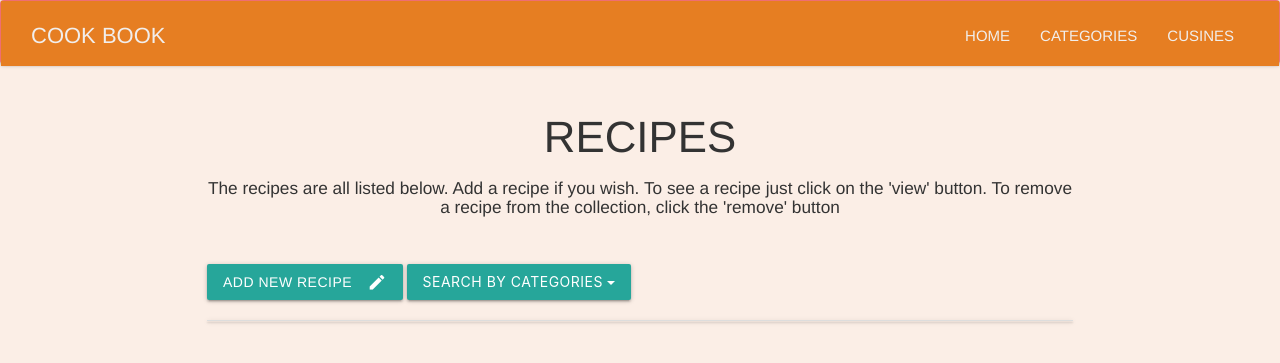
Repository: atena123/COOK-BOOK
Page: http://localhost/
The author's editor kept a record of every edit. The page is drawn from the files as they stood at one moment, then again after the next edit.
The browser window is 1280 px wide. The pictures show the whole page.
Some web libraries are served in a nearby version. The page is served by the project's application, run on Flask 3 (app.py). Queries for data that is not in the repository find no rows.

Above is the page before.

### templates/recipes.html
{% extends 'base.html' %}

    {% block content %}

    <h3>RECIPES</h3>

    <h6>The recipes are all listed below. Add a recipe if you wish. To see a recipe just click on the 'view' button. To remove
    a recipe from the collection, click the 'remove' button</h6>

    <!--Add New Recipe Button-->
    <div class="row">
      <a href="{{url_for('add_recipe')}}" class="waves-effect waves-light btn"><i class="material-icons right add-new-recipe-button">edit</i>ADD NEW RECIPE</a>
    <!--/.Add New Recipe Button-->

    <!--Search By Category Button-->
        <div class="btn-group">
          <button type="button" class="btn btn-default dropdown-toggle" data-toggle="dropdown" aria-haspopup="true" aria-expanded="false">
          Search By Categories <span class="caret"></span>
          </button>
          <ul class="dropdown-menu">
            {% for category in categories %}
            <li><a href="">{{category.category_name}}</a></li>
            {% endfor %}
          </ul>
        </div>
    </div>
    <!--/.Search By Category Button-->

    <!--List Of Recipes-->
    <ul class="collapsible" data-collapsible="accordion">
      {% for recipe in recipes %}
      <li>
        <div class="collapsible-header">
          <div class="col-md-12">
          <strong>{{recipe.recipe_name}}</strong> - {{recipe.category_name}}
        </div>

        <!--View Button-->
          <div class="col-md-12 col-xs-12 small-buttons">
          <a href="{{url_for('view_recipe', recipe_id=recipe._id)}}" class="waves-effect waves-light btn button view-button">VIEW</a>
          </div>
        <!--/.View Button-->
      </li>
      {% endfor %}
    </ul>
    <!--/.List Of Recipes-->

    {% endblock %}

### templates/base.html
<!DOCTYPE html>
<html>
    <head>
        <meta charset="utf-8">
        <meta http-equiv="X-UA-Compatible" content="IE=edge">
        <meta name="viewport" content="width=device-width, initial-scale=1">
        <link rel="stylesheet" href="https://maxcdn.bootstrapcdn.com/bootstrap/3.3.7/css/bootstrap.min.css" type="text/css" />
        <link href="https://fonts.googleapis.com/icon?family=Material+Icons" rel="stylesheet">
        <link rel="stylesheet" href="https://cdnjs.cloudflare.com/ajax/libs/materialize/1.0.0/css/materialize.min.css">
        <link rel="stylesheet" href="{{url_for('static', filename='css/style.css')}}" type="text/css" />
        <title>COOK BOOK</title>
    </head>
    <body>
        <!--Navbar-->
        <nav class="navbar">
            <div class="container-fluid navbar-container navbar-default bg-color-navbar">
                <div class="row">
                    <div class="col-xs-12">
                        <div class="navbar-header">
                            <button type="button" class="navbar-toggle collapsed" data-toggle="collapse" data-target="#bs-example-navbar-collapse-1" aria-expanded="false">
                                <span class="sr-only">Toggle navigation</span>
                                <span class="icon-bar"></span>
                                <span class="icon-bar"></span>
                                <span class="icon-bar"></span>
                            </button>
                            <a class="navbar-brand" href="{{url_for('find_recipes')}}">COOK BOOK</a>
                        </div>
                        <div class="collapse navbar-collapse" id="bs-example-navbar-collapse-1">
                            <ul class="nav navbar-nav navbar-right">
                                <li><a href="{{url_for('find_recipes')}}">HOME</a></li>
                                <li><a href="{{url_for('find_categories')}}">CATEGORIES</a></li>
                                <li><a href="{{url_for('find_cusines')}}">CUSINES</a></li>
                            </ul>
                        </div>
                    </div>
                </div>
            </div>
        </nav>
        <!--/.Navbar-->
        <div class="container">
        {% block content %}

        {% endblock %}
        </div>
        <script src="https://code.jquery.com/jquery-3.3.1.min.js" integrity="sha256-FgpCb/KJQlLNfOu91ta32o/NMZxltwRo8QtmkMRdAu8=" crossorigin="anonymous"></script>
        <script src="https://maxcdn.bootstrapcdn.com/bootstrap/3.3.7/js/bootstrap.min.js" integrity="sha384-Tc5IQib027qvyjSMfHjOMaLkfuWVxZxUPnCJA7l2mCWNIpG9mGCD8wGNIcPD7Txa" crossorigin="anonymous"></script>
        <script src="https://cdnjs.cloudflare.com/ajax/libs/jquery/3.2.1/jquery.min.js"></script>
        <script src="https://cdnjs.cloudflare.com/ajax/libs/materialize/1.0.0/js/materialize.min.js"></script>
        <script type="text/javascript">
        $(document).ready(function(){
        $('.collapsible').collapsible();
        $('select').formSelect();
        });
        </script>

    </body>
</html>

### app.py
import os
from flask import Flask, render_template, redirect, request, url_for, session
from flask_pymongo import PyMongo
from bson.objectid import ObjectId

app = Flask(__name__)
app.secret_key = "cookbook321"

app.config["MONGO_DBNAME"] ='cook_book'
app.config["MONGO_URI"] = 'mongodb+srv://AnetA:AnetA2@myfirstcluster-sfmlq.mongodb.net/cook_book?retryWrites=true&w=majority'

mongo = PyMongo(app)





#-------------RECIPES-------------

@app.route('/')
@app.route('/find_recipes')
def find_recipes():
        """Find Recipe Page"""
        return render_template("recipes.html", recipes=mongo.db.recipes.find(), categories=mongo.db.categories.find())


@app.route('/add_recipe')
def add_recipe():
        """Add Recipe Page"""
        all_categories = mongo.db.categories.find()
        all_cusines = mongo.db.cusines.find()
        return render_template('add_recipe.html', categories=all_categories, cusines=all_cusines)


@app.route('/insert_recipe', methods=['POST'])
def insert_recipe():
        """Enable To Add Recipe And Redirect To Recipe Page"""
        recipes=mongo.db.recipes
        recipes.insert_one(request.form.to_dict())
        return redirect(url_for('find_recipes'))


@app.route('/view_recipe/<recipe_id>')
def view_recipe(recipe_id):
        """Enable To View Particular Recipe"""
        my_recipe =  mongo.db.recipes.find_one({"_id": ObjectId(recipe_id)})
        return render_template('view_recipe.html', recipe=my_recipe)


@app.route('/edit_recipe/<recipe_id>')
def edit_recipe(recipe_id):
        """Enable To Edit Particular Recipe"""
        this_recipe = mongo.db.recipes.find_one({"_id": ObjectId(recipe_id)})
        all_categories = mongo.db.categories.find()
        all_cusines = mongo.db.cusines.find()
        return render_template('edit_recipe.html', recipe=this_recipe,
                            categories=all_categories, cusines=all_cusines)


@app.route('/update_recipe/<recipe_id>', methods= ['POST'])
def update_recipe(recipe_id):
        """Enable To Update Recipe And Redirect To Recipe Page"""
        recipes=mongo.db.recipes
        recipes.update({"_id": ObjectId(recipe_id)},

        {
        'category_name': request.form.get('category_name'),
        'recipe_name': request.form.get('recipe_name'),
        'recipe_ingredients': request.form.get('recipe_ingredients'),
        'recipe_method': request.form.get('recipe_method'),
        'recipe_description': request.form.get('recipe_description'),
        'preparation_time': request.form.get('preparation_time'),
        'recipe_servings': request.form.get('recipe_servings'),
        'cusine_name': request.form.get('cusine_name'),
        'cooking_time': request.form.get('cooking_time')
        })

        return redirect(url_for('find_recipes'))


@app.route('/delete_recipe/<recipe_id>')
def delete_recipe(recipe_id):
        """Enable To Delete Particular Recipe"""
        mongo.db.recipes.remove({'_id': ObjectId(recipe_id)})
        return redirect(url_for('find_recipes'))










#-------CATEGORIES--------

@app.route('/find_categories')
def find_categories():
        """Find Categories Page"""
        return render_template('categories.html', categories=mongo.db.categories.find())


@app.route('/new_category')
def new_category():
        """Add Category Page"""
        return render_template('add_category.html')


@app.route('/add_category', methods=['POST'])
def add_category():
        """Enable To Add Category And Redirect To Categories Page"""
        my_category = {'category_name': request.form.get('category_name')}
        mongo.db.categories.insert_one(my_category)
        return redirect(url_for('find_categories'))


@app.route('/edit_category/<category_id>')
def edit_category(category_id):
        """Edit Category Page"""
        return render_template('edit_category.html', category=mongo.db.categories.find_one({'_id': ObjectId(category_id)}))


@app.route('/update_category/<category_id>', methods=['POST'])
def update_category(category_id):
        """Enable To Update Category And Redirect To Cateories Page"""
        mongo.db.categories.update({'_id': ObjectId(category_id)}, {'category_name': request.form.get('category_name')})
        return redirect(url_for('find_categories'))


@app.route('/delete_category/<category_id>')
def delete_category(category_id):
        """Enable To Delete Category"""
        mongo.db.categories.remove({'_id': ObjectId(category_id)})
        return redirect(url_for('find_categories'))








#-------Cusines---------

@app.route('/find_cusines')
def find_cusines():
        """Cusines Page"""
        return render_template('cusines.html', cusines=mongo.db.cusines.find())


@app.route('/edit_cusine/<cusine_id>')
def edit_cusine(cusine_id):
        """Enable Edit Cusine Page"""
        return render_template('edit_cusine.html', cusine=mongo.db.cusines.find_one({'_id': ObjectId(cusine_id)}))


@app.route('/add_cusine')
def add_cusine():
        """Add Cusine Page"""
        return render_template('add_cusine.html')


@app.route('/new_cusine', methods=['POST'])
def new_cusine():
        """Enable To Add New Cusine And Redirect To Cusines Page"""
        my_cusine = {'cusine_name': request.form.get('cusine_name')}
        mongo.db.cusines.insert_one(my_cusine)
        return redirect(url_for('find_cusines'))


@app.route('/update_cusine/<cusine_id>', methods=['POST'])
def update_cusine(cusine_id):
        """Enable To Update Cusine And Redirect To Cusines Page"""
        mongo.db.cusines.update({'_id': ObjectId(cusine_id)}, {'cusine_name': request.form.get('cusine_name')})
        return redirect(url_for('find_cusines'))


@app.route('/delete_cusine/<cusine_id>')
def delete_cusine(cusine_id):
        """Enable To Delete Cusine And Redirect To Cusines Page"""
        mongo.db.cusines.remove({'_id': ObjectId(cusine_id)})
        return redirect(url_for('find_cusines'))



if __name__ == '__main__':
        app.run(host=os.environ.get('IP'),
        port=int(os.environ.get('PORT')),
        debug=True)

### static/css/style.css
* {
    margin: 0;
    padding: 0;
}

body {
    background-color: #FBEEE6;
}

h3, h6 {
    text-align: center;
}

h6 {
    padding-bottom: 40px;
}

h1 {
    text-align: center;
    margin-top: 200px;
}

.login-form {
    text-align: center;
    padding-top: 20px;
}

/*------------------------View Page-----------------------*/

.heading {
    text-align: center;
}

.large-heading {
    font-size: 20px;
    padding-top: 20px;
}

.small-headings {
    padding-top: 40px;
}

.small-headings p {
    color: #E67E22;
    font-weight: bold;
}

/*-------------------------Small Buttons--------------------*/

.button {
    height: 24px;
    width: 80px;
    line-height: 24px;
    margin: 6px 6px;
    padding: 0 0.5em;

}

.small-buttons {
    text-align: right;
}

.view-button, .edit-button {
    background-color: #5DADE2;
}

.view-button:hover, .edit-button:hover {
    background-color: #2E86C1;
    color: white;
}

.remove-button {
    background-color: #EC7063;
}

.remove-button:hover {
    background-color: #CB4335;
    color: white;
}




/*-------------------------Big Buttons---------------*/


.add_recipe_button,
.update_recipe_button {
    text-align: center;
}

.edit_recipe_button {
    text-align: center;
    padding-top: 35px;
}



/*-------------------------Navbar-------------------------*/

.bg-color-navbar {
    background-color: #E67E22;
    height: 65px;
}

.navbar-default .navbar-brand {
    color: #F1EEEC;
    padding-top: 25px;
    font-size: 22px;
    transition: color 0.7s ease-in-out;
    -o-transition: color 0.7s ease-in-out;
    -moz-transition: color 0.7s ease-in-out;
    -webkit-transition: color 0.7s ease-in-out;
}


.navbar-default .navbar-brand:hover {
    color: #3B3B3A;
}


.navbar-default .navbar-nav>li>a {
    color: #F1EEEC;
    padding-top: 25px;
    transition: color 0.5s ease-in-out;
    -o-transition: color 0.5s ease-in-out;
    -moz-transition: color 0.5s ease-in-out;
    -webkit-transition: color 0.5s ease-in-out;

 }


.navbar-default .navbar-nav>li>a:hover {
    color: #3B3B3A;
}

After the next edit:
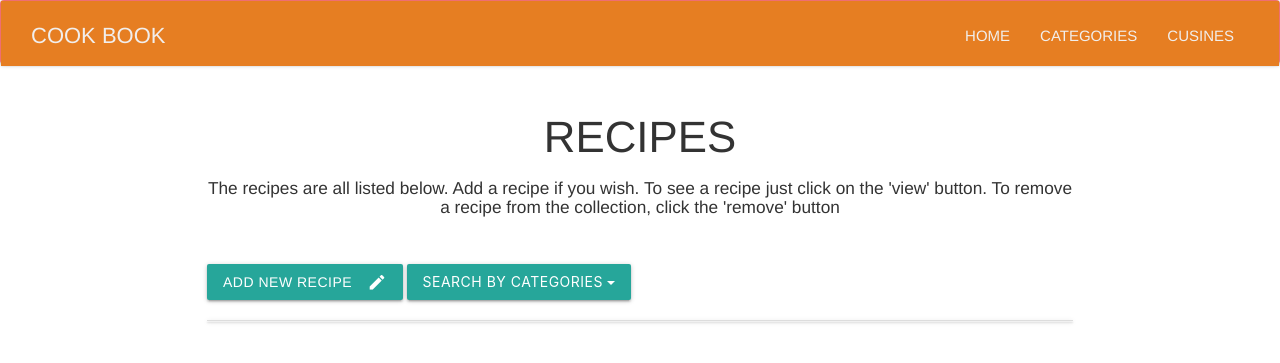
The edit:
--- a/static/css/style.css
+++ b/static/css/style.css
@@ -3,9 +3,6 @@
     padding: 0;
 }
 
-body {
-    background-color: #FBEEE6;
-}
 
 h3, h6 {
     text-align: center;
